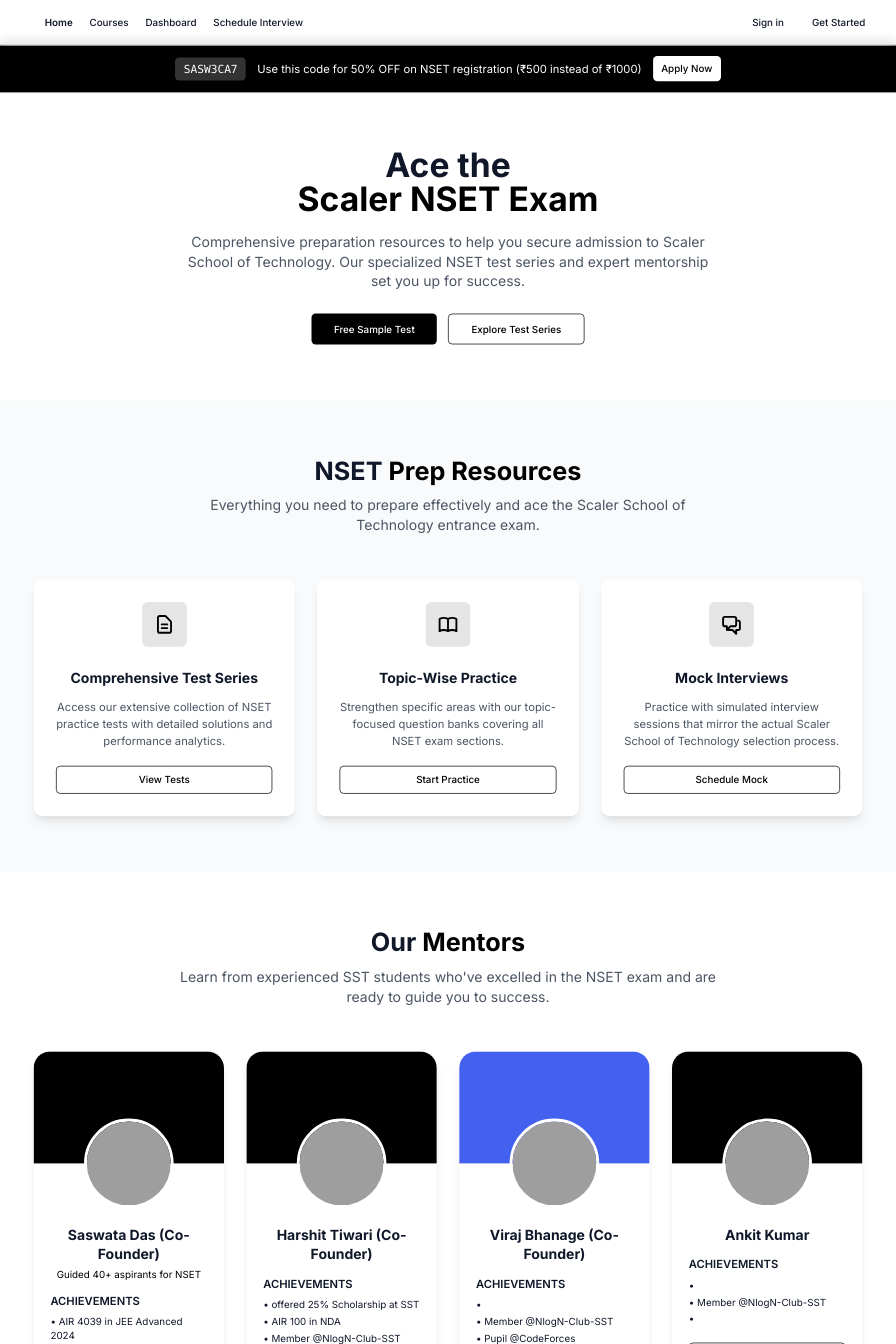
Repository: techSaswata/Nebula
Page: /
The author's editor kept a copy of each file at every save. The page is drawn from the files as they stood at one save, then again after the next save.
The browser window is 1280 px wide. The pictures show the part of the page from y = 0 to 1920 px (the page is 2838 px tall), at 70% of full size.
Pictures or frames that could not be fetched are drawn as grey boxes. The page's requests for data from a server got no answer. The project was rebuilt for these pictures with package versions that can differ from the ones it lists, and the page was loaded fresh each time. The framework's server and built-in components were replaced by stand-ins that run in the browser. No one was signed in, and anything a server would have sent is missing. Also part of the build but not shown: next.config.js, next.config.ts, src/components/ui/dropdown-menu.tsx.

Above is the page before, as saved 2025-03-25 18:21:42.

After the next save:
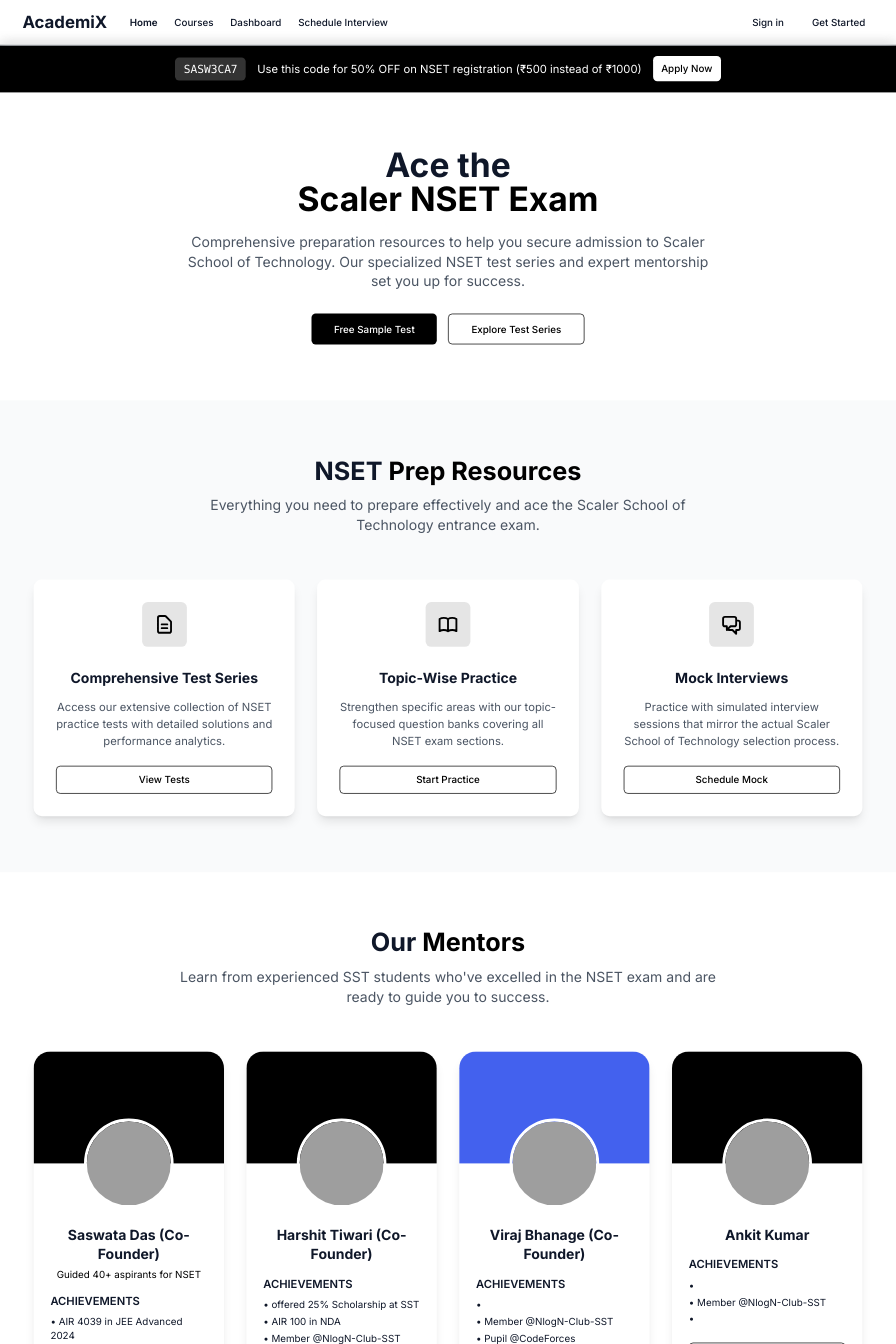
Saved 76 s later.
--- a/src/components/shared/Navbar.tsx
+++ b/src/components/shared/Navbar.tsx
@@ -46,7 +46,7 @@
           className="mr-8 flex items-center space-x-2 group"
         >
           <span className="text-2xl font-bold text-primary transition-all group-hover:text-primary/80">
-            {/* AcademiX */}
+            AcademiX
           </span>
         </Link>
 
